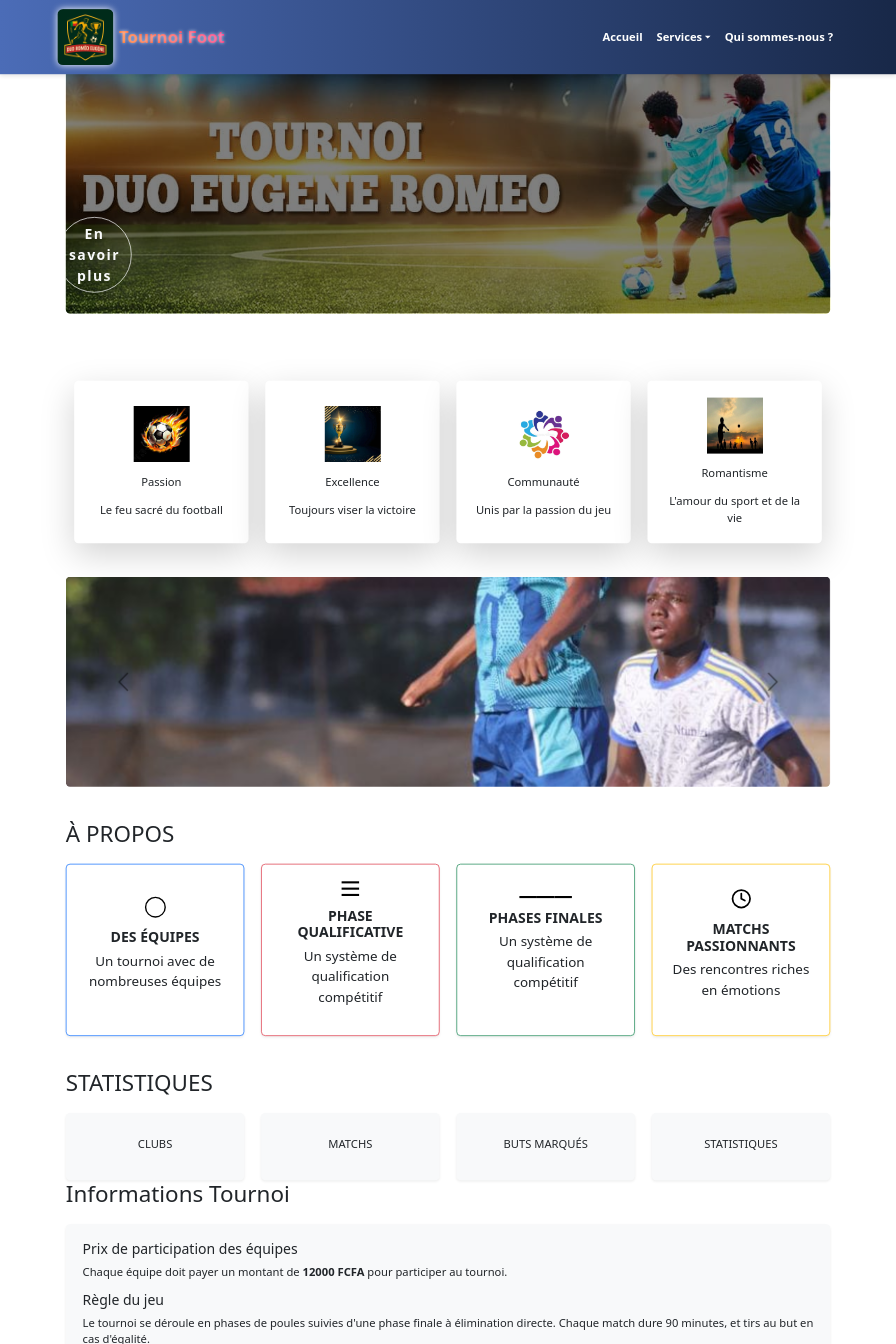
Repository: KILAYOSSI/tournoi_foot
Page: templates/pages/home.html.twig
An editor plug-in stored every save of this project. The page is shown before and after the next save, followed by the edit.
The browser window is 1280 px wide. The pictures show the part of the page from y = 0 to 1920 px (the page is 2517 px tall before and 2589 px after), at 70% of full size.
The page is a Twig template of a Symfony application; nobody is signed in and links lead nowhere. The template is opened directly, without the code that normally fills it, so the values that code supplies are empty.

Above is the page before, as saved 2025-06-27 00:10:13.

### templates/pages/home.html.twig
{% extends 'base.html.twig' %}

{% block title %}Accueil - Tournoi de Football Inter-Village{% endblock %}

{% block body %}
<div class="container my-5">
    <section class="hero-section position-relative rounded overflow-hidden mb-5" style="height: 400px; border-radius: 0.5rem; background: url('{{ asset('assets/WhatsApp Image 2025-06-25 à 09.55.04_cf4f687a.jpg') }}') center center / cover no-repeat;">
        <div class="overlay position-absolute top-0 start-0 w-100 h-100" style="background: rgba(0, 0, 0, 0.5);"></div>
<div class="hero-content position-relative h-100 d-flex flex-column justify-content-end align-items-center text-white text-center px-3">
<a href="{{ path('about') }}" class="btn btn-outline-light btn-lg rounded-pill" style="font-weight: 700; letter-spacing: 0.1em; margin-right: 1010px; margin-top: -10px; margin-bottom: 30px;">En savoir plus</a>
</div>
    </section>

    <!-- Section élégante animée avec icônes et textes en va-et-vient -->
    <section class="elegant-features py-5">
        <div class="container">
            <div class="row text-center g-4">
                <div class="col-md-3">
                    <div class="feature-box p-4 rounded shadow-lg bg-white text-dark h-100 d-flex flex-column justify-content-center align-items-center">
                        <img src="{{ asset('assets/WhatsApp Image 2025-06-25 à 00.20.17_fab2d237.jpg') }}" alt="Football Icon" style="width: 80px; height: 80px; margin-bottom: 1rem;">
                        <p>Passion</p>
                        <div class="animated-text">Le feu sacré du football</div>
                    </div>
                </div>
                <div class="col-md-3">
                    <div class="feature-box p-4 rounded shadow-lg bg-white text-dark h-100 d-flex flex-column justify-content-center align-items-center">
                        <img src="{{ asset('assets/WhatsApp Image 2025-06-25 à 00.20.16_561d9b70.jpg') }}" alt="Trophy Icon" style="width: 80px; height: 80px; margin-bottom: 1rem;">
                        <p>Excellence</p>
                        <div class="animated-text">Toujours viser la victoire</div>
                    </div>
                </div>
                <div class="col-md-3">
                    <div class="feature-box p-4 rounded shadow-lg bg-white text-dark h-100 d-flex flex-column justify-content-center align-items-center">
                        <img src="{{ asset('assets/WhatsApp Image 2025-06-25 à 00.20.17_b34a09f6.jpg') }}" alt="Community Icon" style="width: 80px; height: 80px; margin-bottom: 1rem;">
                        <p>Communauté</p>
                        <div class="animated-text">Unis par la passion du jeu</div>
                    </div>
                </div>
                <div class="col-md-3">
                    <div class="feature-box p-4 rounded shadow-lg bg-white text-dark h-100 d-flex flex-column justify-content-center align-items-center">
                        <img src="{{ asset('assets/WhatsApp Image 2025-06-25 à 00.20.15_8faa6a73.jpg') }}" alt="Romance Icon" style="width: 80px; height: 80px; margin-bottom: 1rem;">
                        <p>Romantisme</p>
                        <div class="animated-text">L'amour du sport et de la vie</div>
                    </div>
                </div>
            </div>
        </div>
    </section>
    <div id="carouselImages" class="carousel slide image-below-header rounded overflow-hidden mb-5" data-bs-ride="carousel" data-bs-interval="3000" style="height: 300px; overflow: hidden; border-radius: 0.5rem;">
        <div class="carousel-inner" style="height: 300px;">
            <div class="carousel-item active" style="height: 300px;">
                <img src="{{ asset('/assets/WhatsApp Image 2025-06-24 à 20.09.41_6bca5883.jpg') }}" class="d-block w-100" alt="Image 1" style="object-fit: cover; height: 300px;">
            </div>
            <div class="carousel-item" style="height: 300px;">
                <img src="{{ asset('/assets/WhatsApp Image 2025-06-02 à 13.04.59_20d5f18b.jpg') }}" class="d-block w-100" alt="Image 2" style="object-fit: cover; height: 300px;">
            </div>
            <div class="carousel-item" style="height: 300px;">
                <img src="{{ asset('/assets/WhatsApp Image 2025-06-02 à 13.04.59_9823f334.jpg') }}" class="d-block w-100" alt="Image 3" style="object-fit: cover; height: 300px;">
            </div>
        </div>
        <button class="carousel-control-prev" type="button" data-bs-target="#carouselImages" data-bs-slide="prev" style="filter: invert(1);">
            <span class="carousel-control-prev-icon" aria-hidden="true"></span>
            <span class="visually-hidden">Précédent</span>
        </button>
        <button class="carousel-control-next" type="button" data-bs-target="#carouselImages" data-bs-slide="next" style="filter: invert(1);">
            <span class="carousel-control-next-icon" aria-hidden="true"></span>
            <span class="visually-hidden">Suivant</span>
        </button>
    </div>

    <section class="mb-5">
        <h2 class="mb-4">À PROPOS</h2>
        <div class="row text-center g-4">
            <div class="col-md-3">
                <a href="{{ path('clubs_joueurs') }}" class="btn btn-outline-primary shadow-sm p-4 h-100 d-flex flex-column justify-content-center align-items-center text-decoration-none text-dark rounded" style="font-size: 1.2rem; border-radius: 1rem;">
                    <div class="mb-3 d-flex justify-content-center align-items-center" style="font-size: 30px;">
                        <span style="border: 2px solid black; border-radius: 50%; width: 30px; height: 30px; display: inline-block;"></span>
                    </div>
                    <h5 class="fw-bold">DES ÉQUIPES</h5>
                    <p>Un tournoi avec de nombreuses équipes</p>
                </a>
            </div>
            <div class="col-md-3">
                <a href="{{ path('phase_qualificative') }}" class="btn btn-outline-danger shadow-sm p-4 h-100 d-flex flex-column justify-content-center align-items-center text-decoration-none text-dark rounded" style="font-size: 1.2rem; border-radius: 1rem;">
                    <div class="mb-3 d-flex flex-column justify-content-center align-items-center" style="font-size: 30px; gap: 6px;">
                        <div style="width: 25px; height: 3px; background-color: black;"></div>
                        <div style="width: 25px; height: 3px; background-color: black;"></div>
                        <div style="width: 25px; height: 3px; background-color: black;"></div>
                    </div>
                    <h5 class="fw-bold">PHASE QUALIFICATIVE</h5>
                    <p>Un système de qualification compétitif</p>
                </a>
            </div>
            <div class="col-md-3">
                <a href="{{ path('phase_finale') }}" class="btn btn-outline-success shadow-sm p-4 h-100 d-flex flex-column justify-content-center align-items-center text-decoration-none text-dark rounded" style="font-size: 1.2rem; border-radius: 1rem;">
                    <div class="mb-3 d-flex justify-content-center align-items-center" style="font-size: 30px;">
                        <div style="width: 25px; height: 3px; background-color: black;"></div>
                        <div style="width: 25px; height: 3px; background-color: black;"></div>
                        <div style="width: 25px; height: 3px; background-color: black;"></div>
                    </div>
                    <h5 class="fw-bold">PHASES FINALES</h5>
                    <p>Un système de qualification compétitif</p>
                </a>
            </div>
            <div class="col-md-3">
                <a href="{{ path('calendrier') }}" class="btn btn-outline-warning shadow-sm p-4 h-100 d-flex flex-column justify-content-center align-items-center text-decoration-none text-dark rounded" style="font-size: 1.2rem; border-radius: 1rem;">
                    <div class="mb-3 d-flex justify-content-center align-items-center" style="font-size: 30px;">
                        <svg xmlns="http://www.w3.org/2000/svg" width="30" height="30" fill="none" stroke="black" stroke-width="2" stroke-linecap="round" stroke-linejoin="round" class="feather feather-clock" viewBox="0 0 24 24">
                            <circle cx="12" cy="12" r="10"></circle>
                            <polyline points="12 6 12 12 16 14"></polyline>
                        </svg>
                    </div>
                    <h5 class="fw-bold">MATCHS PASSIONNANTS</h5>
                    <p>Des rencontres riches en émotions</p>
                </a>
            </div>
        </div>
    </section>

    <section>
        <h2 class="mb-4">STATISTIQUES</h2>
        <div class="row text-center g-4">
            <div class="col-md-3">
                <div class="stat-card p-4 rounded shadow-sm bg-light number-font number-animated number-test">
                    <h3 class="fw-bold">{{ clubsCount }}</h3>
                    <p>CLUBS</p>
                </div>
            </div>
            <div class="col-md-3">
                <div class="stat-card p-4 rounded shadow-sm bg-light number-font number-animated number-test">
                    <h3 class="fw-bold">{{ matchsCount }}</h3>
                    <p>MATCHS</p>
                </div>
            </div>
            <div class="col-md-3">
                <div class="stat-card p-4 rounded shadow-sm bg-light number-font number-animated number-test">
                    <h3 class="fw-bold">{{ butsCount }}</h3>
                    <p>BUTS MARQUÉS</p>
                </div>
            </div>
            <div class="col-md-3">
                <div class="stat-card p-4 rounded shadow-sm bg-light number-font number-animated number-test">
                    <h3 class="fw-bold">{{ statistiquesCount }}</h3>
                    <p>STATISTIQUES</p>
                </div>
            </div>
        </div>
    </section>

    <section class="mb-5">
        <h2 class="mb-4">Informations Tournoi</h2>
        <div class="p-4 rounded shadow-sm bg-light">
            <h5>Prix de participation des équipes</h5>
            <p>Chaque équipe doit payer un montant de <strong>12000 FCFA</strong> pour participer au tournoi.</p>
            <h5>Règle du jeu</h5>
            <p>Le tournoi se déroule en phases de poules suivies d'une phase finale à élimination directe. Chaque match dure 90 minutes, et tirs au but en cas d'égalité.</p>
            <h5>Prix des cartons et sanctions</h5>
            <ul>
                <li>Carton jaune : Avertissement</li>
                <li>Carton rouge : Expulsion immédiate du joueur</li>
                <li>Accumulation de 3 cartons jaunes : Suspension d'un match</li>
                <li>Comportement antisportif : Sanctions disciplinaires pouvant aller jusqu'à l'exclusion du tournoi</li>
            </ul>
        </div>
    </section>
</div>
{% endblock %}

### templates/base.html.twig
<!DOCTYPE html>
<html lang="fr">
<head>
    <meta charset="UTF-8" />
    <meta name="viewport" content="width=device-width, initial-scale=1" />
    <title>{% block title %}Tournoi de Football Inter-Village{% endblock %}</title>
    <link href="https://cdn.jsdelivr.net/npm/bootstrap@5.3.0/dist/css/bootstrap.min.css" rel="stylesheet" />
    <link rel="stylesheet" href="{{ asset('css/style.css') }}" />
    {% block stylesheets %}{% endblock %}
</head>
<body>
    <header>
        <nav class="navbar navbar-expand-lg fixed-top" style="background: linear-gradient(90deg, #4b6cb7 0%, #182848 100%); box-shadow: 0 4px 6px rgba(0,0,0,0.1);">
            <div class="container">
                <a class="navbar-brand d-flex align-items-center" href="{{ path('home') }}" style="font-weight: bold; font-size: 1.5rem; color: white; text-shadow: 0 0 5px rgba(255,255,255,0.7);">
                    <img src="{{ asset('assets/WhatsApp Image 2025-06-23 à 13.44.55_704b8a70.jpg') }}" alt="Logo" height="80" class="d-inline-block align-text-top me-2" style="filter: drop-shadow(0 0 5px #fff); border-radius: 0.5rem; max-height: 100px; max-width: 100px; object-fit: contain;"/>
                    <span style="background: linear-gradient(45deg, #ff6a00, #ee0979); -webkit-background-clip: text; -webkit-text-fill-color: transparent;">Tournoi Foot</span>
                </a>
                <button
                    class="navbar-toggler border-0"
                    type="button"
                    data-bs-toggle="collapse"
                    data-bs-target="#megaNavbar"
                    aria-controls="megaNavbar"
                    aria-expanded="false"
                    aria-label="Toggle navigation"
                >
                    <span class="navbar-toggler-icon" style="filter: invert(1);"></span>
                </button>

                <div class="collapse navbar-collapse" id="megaNavbar">
                    <ul class="navbar-nav ms-auto mb-2 mb-lg-0 fw-semibold">
                        <li class="nav-item">
                            <a class="nav-link text-white d-flex align-items-center" href="{{ path('home') }}">
                                <i class="fas fa-home me-1"></i> Accueil
                            </a>
                        </li>
                        <li class="nav-item dropdown">
                            <a class="nav-link dropdown-toggle text-white d-flex align-items-center" href="#" id="servicesDropdown" role="button" data-bs-toggle="dropdown" aria-expanded="false">
                                <i class="fas fa-star me-1"></i> Services
                            </a>
                            <ul class="dropdown-menu dropdown-menu-dark" aria-labelledby="servicesDropdown" style="background: linear-gradient(135deg, #667eea, #764ba2); border: none; box-shadow: 0 4px 10px rgba(0,0,0,0.3);">
                                <li><a class="dropdown-item text-white" href="{{ path('vote') }}"><i class="fas fa-vote-yea me-2"></i> Vote</a></li>
                                <li><a class="dropdown-item text-white" href="{{ path('match_du_jour') }}"><i class="fas fa-futbol me-2"></i> Matchs du jour</a></li>
                                <li><a class="dropdown-item text-white" href="{{ path('statistiques') }}"><i class="fas fa-chart-bar me-2"></i> Statistiques</a></li>
                                <li><a class="dropdown-item text-white" href="{{ path('calendrier') }}"><i class="fas fa-calendar-alt me-2"></i> Calendrier</a></li>
                                <li><a class="dropdown-item text-white" href="{{ path('clubs_joueurs') }}"><i class="fas fa-users me-2"></i> Clubs & Joueurs</a></li>
                            </ul>
                        </li>
                        <li class="nav-item">
                            <a class="nav-link text-white d-flex align-items-center" href="{{ path('about') }}">
                                <i class="fas fa-info-circle me-1"></i> Qui sommes-nous ?
                            </a>
                        </li>
                        <li class="nav-item">
                            {# Suppression du menu Contact #}
                        </li>
                    </ul>
                </div>
            </div>
        </nav>
    </header>

    <main class="container my-4">
        {% block body %}{% endblock %}
    </main>

    <footer class="bg-dark text-white text-center py-5" style="min-height: 300px;">
        <div class="container">
            <h4 class="mb-4">Tournoi de Football Inter-Village</h4>
            <p>© {{ "now"|date("Y") }} Tous droits réservés.</p>
            <p>Contactez-nous : contact@tournoifootball.com | +33 1 23 45 67 89</p>
            <p>Adresse : 123 Rue du Football, Paris, France</p>
            <p>Suivez-nous sur les réseaux sociaux :</p>
            <ul class="list-inline">
                <li class="list-inline-item"><a href="#" class="text-white">Facebook</a></li>
                <li class="list-inline-item"><a href="#" class="text-white">Twitter</a></li>
                <li class="list-inline-item"><a href="#" class="text-white">Instagram</a></li>
            </ul>
        </div>
    </footer>

    <script src="https://cdn.jsdelivr.net/npm/bootstrap@5.3.0/dist/js/bootstrap.bundle.min.js"></script>
    {% block javascripts %}
    {% endblock %}
</body>
</html>
</create_file>

### public/css/style.css
/* Style CSS with hover effect green, enlarged statistics title and numbers */

.navbar-nav .nav-link.dropdown-toggle.fs-4.fw-bold.text-danger {
    color: #28a745 !important; /* green color */
}

.navbar-nav .dropdown-menu {
    border: 2px solid #28a745 !important; /* green border */
}

.navbar-nav .nav-link.statistiques-link {
    font-size: 1.2rem;
    font-weight: bold;
    color: #28a745 !important;
}

.cartons-table tbody tr:hover {
    transform: translateY(-5px);
    background-color: #d4edda; /* light green background on hover */
}

h1.text-center.mb-4.fw-bold {
    font-size: 2.5rem !important; /* enlarged title */
    color: #28a745 !important;
}

/* Additional styling for footer */
footer.bg-dark.text-white.text-center.py-5 {
    font-size: 1.1rem;
}

/* Add any other styles you remember from your modifications here */

After the next save:
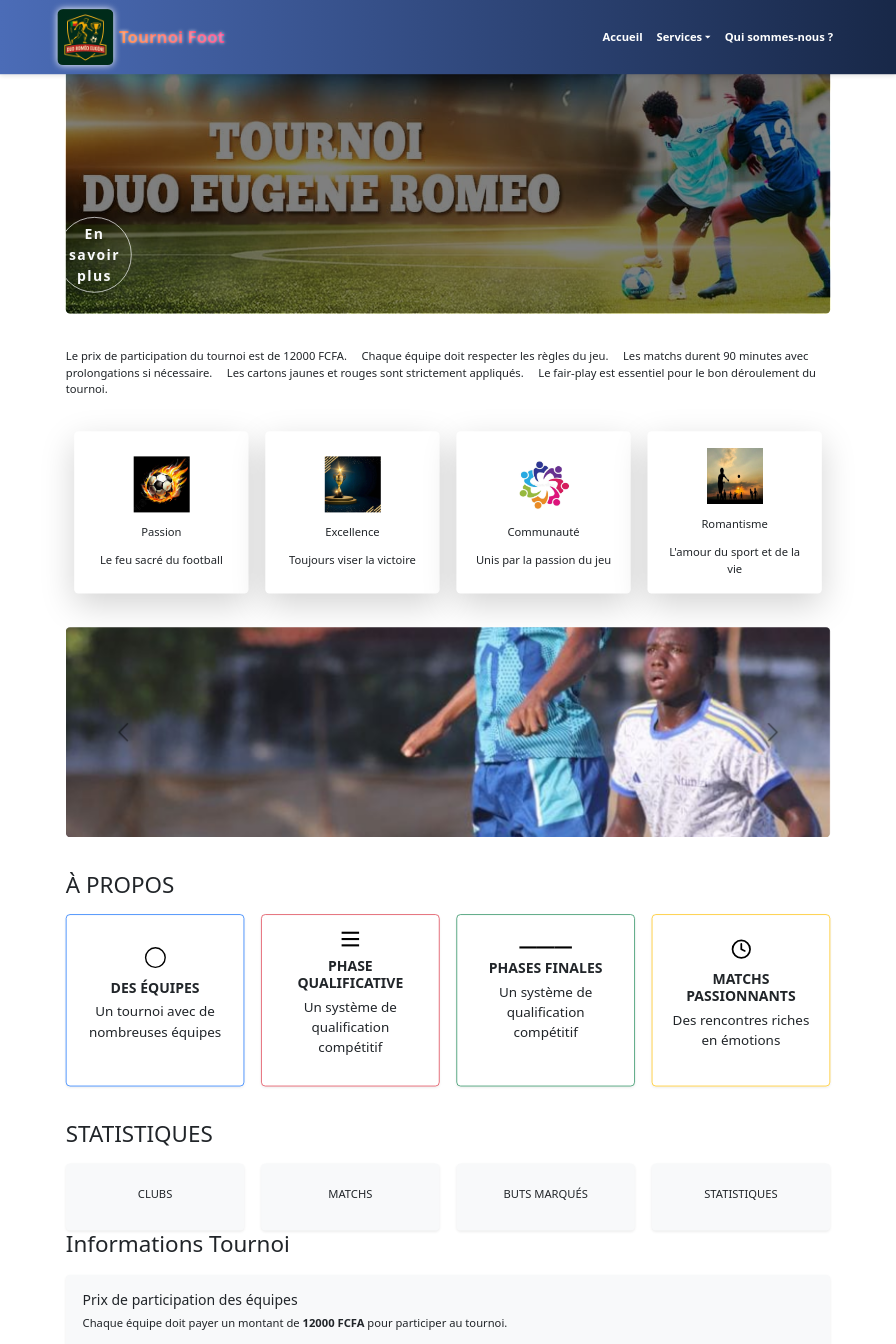
Saved 8 s later.
--- a/templates/pages/home.html.twig
+++ b/templates/pages/home.html.twig
@@ -10,6 +10,16 @@
 <a href="{{ path('about') }}" class="btn btn-outline-light btn-lg rounded-pill" style="font-weight: 700; letter-spacing: 0.1em; margin-right: 1010px; margin-top: -10px; margin-bottom: 30px;">En savoir plus</a>
 </div>
     </section>
+
+    <div class="ticker-container">
+        <div class="ticker-text">
+            Le prix de participation du tournoi est de 12000 FCFA. &nbsp;&nbsp;&nbsp;
+            Chaque équipe doit respecter les règles du jeu. &nbsp;&nbsp;&nbsp;
+            Les matchs durent 90 minutes avec prolongations si nécessaire. &nbsp;&nbsp;&nbsp;
+            Les cartons jaunes et rouges sont strictement appliqués. &nbsp;&nbsp;&nbsp;
+            Le fair-play est essentiel pour le bon déroulement du tournoi. &nbsp;&nbsp;&nbsp;
+        </div>
+    </div>
 
     <!-- Section élégante animée avec icônes et textes en va-et-vient -->
     <section class="elegant-features py-5">
